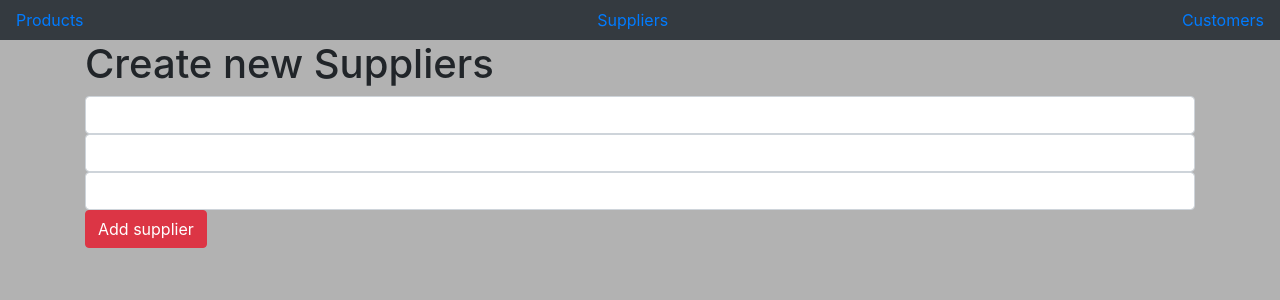
Repository: 99Ace/my-SQL-practice
Page: http://localhost/create/supplier
The author's editor kept a record of every edit. The page is drawn from the files as they stood at one moment, then again after the next edit.
The browser window is 1280 px wide. The pictures show the whole page.
The page is served by the project's application, run on Flask 3 (joinwork/joinwork.py).

Above is the page before.

After the next edit:
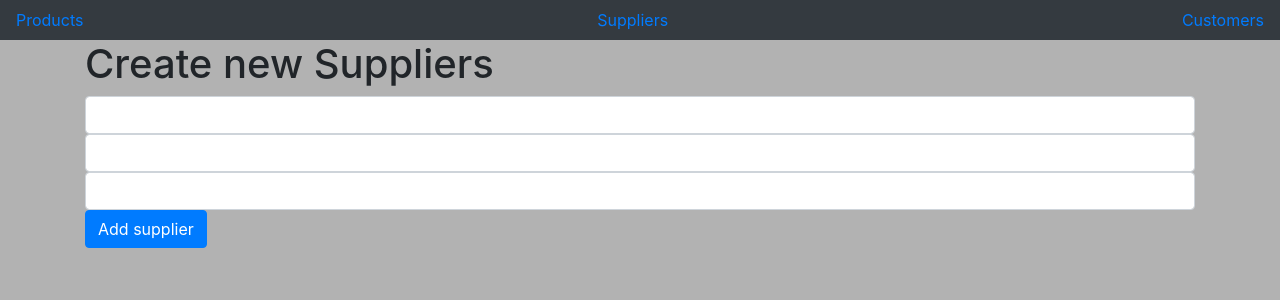
The edit:
--- a/joinwork/templates/newsupplier.html
+++ b/joinwork/templates/newsupplier.html
@@ -25,10 +25,10 @@
     <div class='container'>
         <h1>Create new Suppliers</h1>
         <form class="form-group" method="POST">
-            <input type="text" class="form-control" placeholder="" />
-            <input type="text" class="form-control" placeholder="" />
-            <input type="text" class="form-control" placeholder="" />
-            <button type="submit" class="btn btn-danger">Add supplier</button>
+            <input name="companyName" type="text" class="form-control" placeholder="" />
+            <input name="contactName" type="text" class="form-control" placeholder="" />
+            <input name="contactTitle" type="text" class="form-control" placeholder="" />
+            <button class="btn btn-primary">Add supplier</button>
         </form>
     </div>
 
